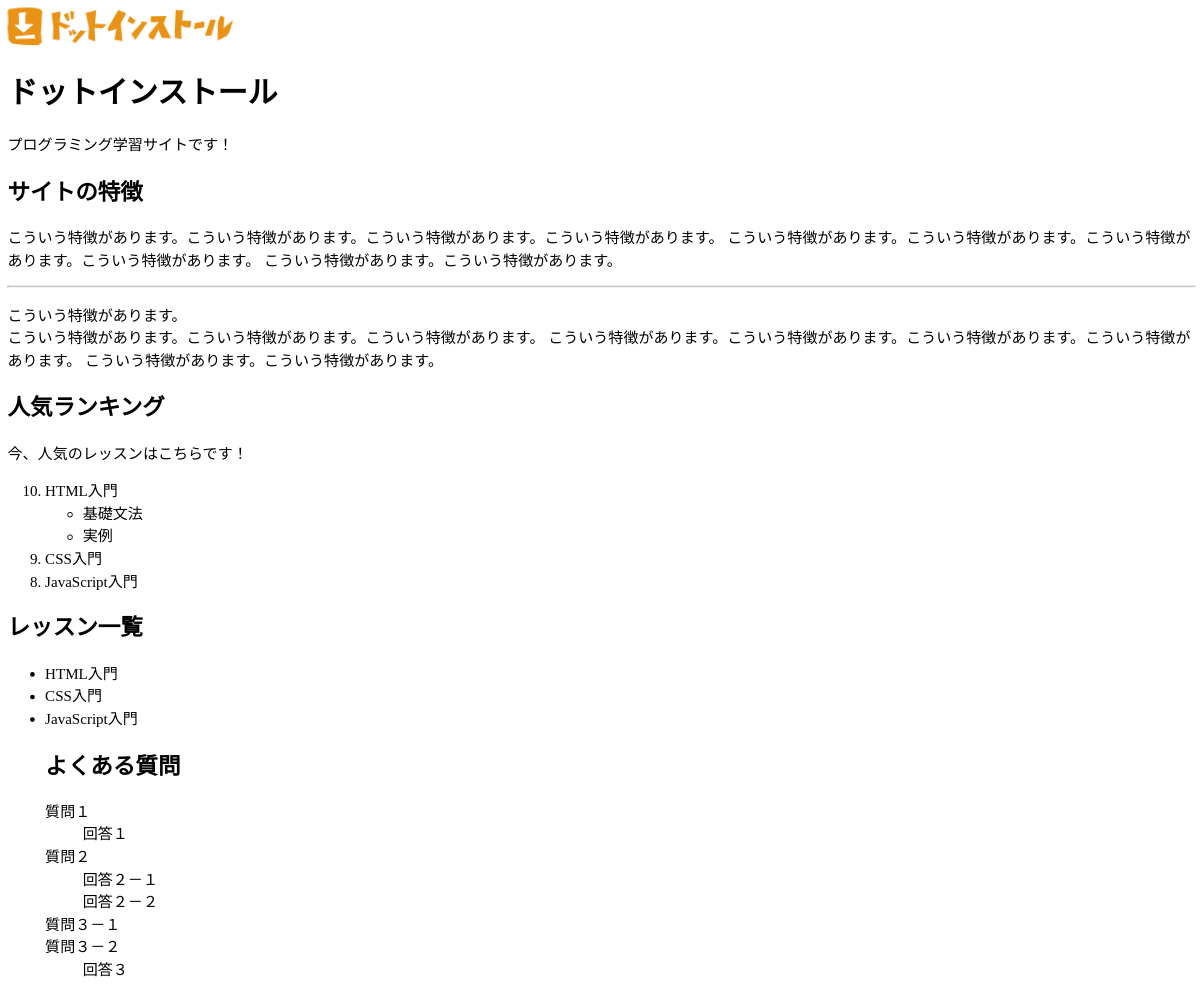
Repository: kojimayu/dotinstall-html
Page: index.html
These files come from the project's save history. The page is drawn as it stood at one moment and after the next save; the edit follows.
The browser window is 1280 px wide. The pictures show the whole page, at 94% of full size.

Above is the page before, as saved 2019-04-04 17:19:20.

After the next save:
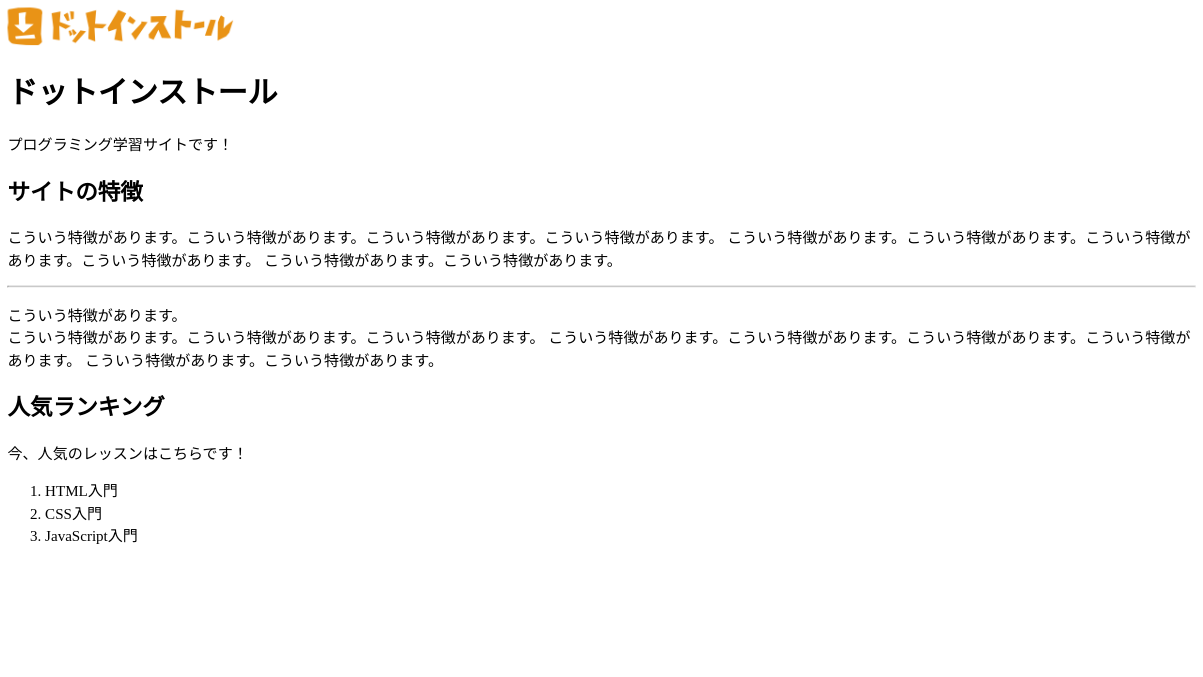
Saved 6 min 36 s later.
--- a/index.html
+++ b/index.html
@@ -26,37 +26,12 @@
 
     <h2>人気ランキング</h2>
     <p>今、人気のレッスンはこちらです！</p>
-    <ol reversed start="10">
-        <li>
-            HTML入門
-            <ul>
-                <li>基礎文法</li>
-                <li>実例</li>
-            </ul>
-        </li>
+    <ol>
+        <li>HTML入門</li>
         <li>CSS入門</li>
         <li>JavaScript入門</li>
     </ol>
 
-    <h2>レッスン一覧</h2>
-    <ul>
-        <li>HTML入門</li>
-        <li>CSS入門</li>
-        <li>JavaScript入門</li>
-        <h2>よくある質問</h2>
-        <dl>
-            <dt>質問１</dt>
-            <dd>回答１</dd>
-
-            <dt>質問２</dt>
-            <dd>回答２－１</dd>
-            <dd>回答２－２</dd>
-
-            <dt>質問３－１</dt>
-            <dt>質問３－２</dt>
-            <dd>回答３</dd>
-        </dl>
-    </ul>
 </body>
 
 </html>
